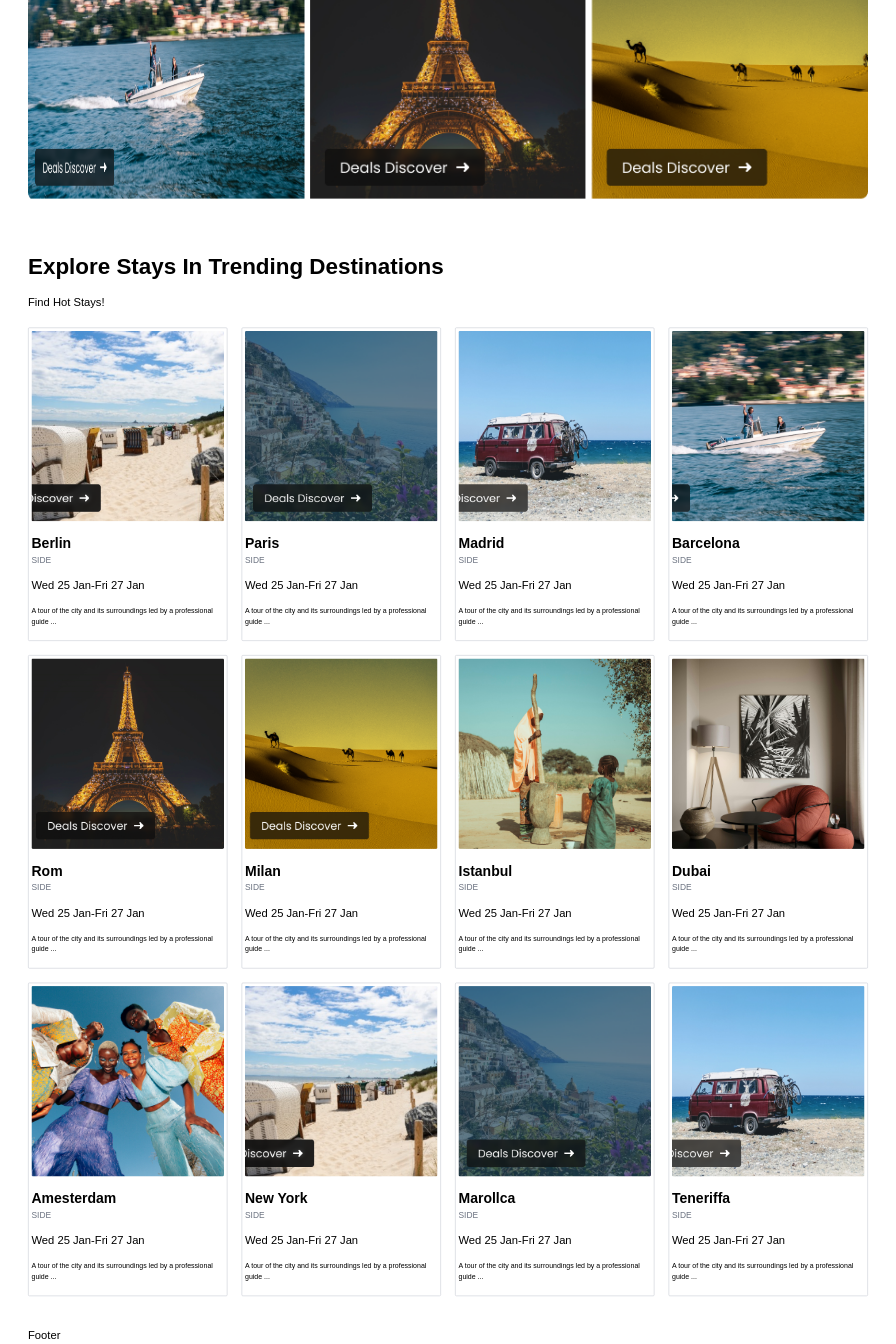
Repository: Quynhhuong150322/DIKO_STUDY_TRAVEL_WEB
Page: /
An editor plug-in stored every save of this project. The page is shown before and after the next save, followed by the edit.
The browser window is 1280 px wide. The pictures show the part of the page from y = 1224 to 3144 px (the page is 3144 px tall before and 3126 px after), at 70% of full size.
The project was rebuilt for these pictures with package versions that can differ from the ones it lists, and the page was loaded fresh each time. Also part of the build but not shown: src/components/Login.js, src/components/Register.js. Imported but missing from the stored project, and not drawn on this page: src/redux/slices/authSlice.

Above is the page before, as saved 2024-02-23 11:40:50.

### src/index.css
@tailwind base;
@tailwind components;
@tailwind utilities;

@import url("https://fonts.googleapis.com/css2?family=Poppins:wght@100;300;400;500;600&display=swap");

@layer base {
  html {
    font-family: "Poppins", sans-serif;
  }
  * {
    margin: 0;
    padding: 0;
    box-sizing: border-box;
    scroll-behavior: smooth;
    /* background-color: #F9F9F9; */
  }
}

@layer components {
  .max-container {
    max-width: 1260px;
    /* min-height: 100vh; */
    margin: 0 auto;
    padding: 0 30px;
    /* display: flex; */
    /* flex-direction: column; */
    justify-content: space-between;
  }
  .button {
    width: 189px;
    height: 40px;
    border-style: solid;
    border-width: 2px;
    border-color: #07689F;
    color: #07689F;
  }
  .tabMenu {
    width: 121px;
    height: 40px;
    color: #D9D9D9;
    border-style: solid;
    border-width: 2px;
    border-color: #D9D9D9;
    color: #D9D9D9;
    border-radius: 9999px;
  }
  .tabSearch {
    /* max-width: 1190px; */
    height: 56px;
    border-style: solid;
    border-width: 1px;
    border-color: #D9D9D9;
    padding: 0 16px;
    font-size: 12px;
  }

}

### src/App.js
import React from "react";
import Navbar from "./components/Navbar";
import Footer from "./components/Footer";
import AppRoutes from "./routes/AppRoutes";
import { BrowserRouter as Router } from "react-router-dom";

const App = () => {
  return (
    <Router>
      <div className="">
        <div className="max-container">
          <Navbar />
        </div>
        <div>
          <AppRoutes />
        </div>
        <div className="max-container">
          <Footer />
        </div>
      </div>
    </Router>
  );
};

export default App;

### src/redux/store.js
import { configureStore } from "@reduxjs/toolkit";
import authReducer from "./slices/authSlice";

export const store = configureStore({
  reducer: {
    users: authReducer,
  },
});

### src/components/Navbar.js
import React from 'react'
import Logo from '../assets/images/Header/Logo.png'
import EL from '../assets/images/Header/England.png'
import { FaRegQuestionCircle } from "react-icons/fa";
import { LuSearch } from "react-icons/lu";

const MenuData = [
    {
        id: 1,
        name: 'Trip',
    },
    {
        id: 2,
        name: '%Deals',
    },
    {
        id: 3,
        name: 'Hotel',
    },
    {
        id: 4,
        name: 'Flight',
    },
    {
        id: 5,
        name: 'Apartment',
    },
    {
        id: 6,
        name: 'Camper',
    },
]

const Navbar = () => {
    return (
        <div className='bg-neutral py-[24px]'>
            <div className="flex flex-col gap-10">
                {/* Header Section  */}
                <div className='flex gap-2 items-center'>
                    <img src={Logo} alt="" />
                    <div className='flex gap-7 items-center'>
                        <div className="flex gap-1 items-center">
                            <FaRegQuestionCircle className='text-primary' />
                            <img src={EL} alt="" className='w-7 h-7' />
                            {/* Search  */}
                            <div className="relative flex items-center">
                                <input
                                    type="text"
                                    placeholder="search"
                                    className="w-[605px] h-[32px] rounded-sm border border-gray-300 px-2 py-1 focus:outline-none focus:border-1 focus:border-primary"
                                />
                                <LuSearch className="text-gray-500 group-hover:text-primary absolute top-1/2 -translate-y-1/2 right-3 cursor-pointer" />
                            </div>
                        </div>
                        <div className='flex gap-2 items-center'>
                            <button className='button border-primary bg-neutral hover:scale-105 py-2 px-4 rounded-sm'>
                                Sing In
                            </button>
                            <button className='button border-primary bg-neutral hover:scale-105 py-2 px-4 rounded-sm'>
                                Register
                            </button>
                        </div>
                    </div>
                    <div>
                    </div>
                </div>
                {/* Upper Nav  */}
                <div className=''>
                    <div className=' '>
                        <ul className='flex justify-center gap-4'>
                            {
                                MenuData.map((data) => (
                                    <button key={data.id} className='text-pri tabMenu focus:bg-primary focus:text-white focus:font-bold focus:border-primary inline-block hover:text-primary' >
                                        {data.name}
                                    </button>
                                ))
                            }
                        </ul>
                    </div>
                </div>
            </div>
        </div>
    )
}

export default Navbar

### src/routes/AppRoutes.js
import React from "react";
import { Switch, Route } from "react-router-dom";
import Login from "../components/Login";
import Register from "../components/Register";
import Langding from "../pages/LangdingPage/Langding";
const AppRoutes = () => {
  return (
    <div>
      <Switch>
        <Route path="/login">
          <Login />
        </Route>
        <Route path="/register">
          <Register />
        </Route>
        <Route path="/" exact>
          <Langding />
        </Route>
        <Route path="*">
          <div className="">404 not Error...</div>
        </Route>
      </Switch>
    </div>
  );
};

export default AppRoutes;

### src/pages/LangdingPage/Langding.js
import React from 'react'
import Picture from '../../assets/images/LangdingPage/Picture.png'
import { LuHotel } from "react-icons/lu";
import { IoCalendarOutline } from "react-icons/io5";
import { SlArrowDown } from "react-icons/sl";
import { FiUserPlus } from "react-icons/fi";
import Img1 from "../../assets/images/LangdingPage/SpecialOffers/Photo 1.png";
import Img2 from "../../assets/images/LangdingPage/SpecialOffers/Photo 2.png"
import Img3 from "../../assets/images/LangdingPage/SpecialOffers/Photo 3.png"
import Img4 from "../../assets/images/LangdingPage/SpecialOffers/Photo 4.png"
import Img5 from "../../assets/images/LangdingPage/SpecialOffers/Photo 5.png"
import Img6 from "../../assets/images/LangdingPage/SpecialOffers/Photo 6.png"
import Img7 from "../../assets/images/LangdingPage/ExploreStays/Image1.jpg"
import Img8 from "../../assets/images/LangdingPage/ExploreStays/Image2.jpg"
import Img9 from "../../assets/images/LangdingPage/ExploreStays/Image3.jpg"
// import Img10 from "../../assets/images/LangdingPage/SpecialOffers/Photo 6.png"
// import Img11 from "../../assets/images/LangdingPage/SpecialOffers/Photo 6.png"



const BannerImg = {
  backgroundImage: `url(${Picture})`,
  backgroundPosition: "center",
  backgroundRepeat: "no-repeat",
  backgroundSize: "cover",
  height: "394px",
  width: "100%",
};
const ListMenu = [
  {
    id: 1,
    name: "All",
  },
  {
    id: 2,
    name: "Hotels",
  },
  {
    id: 3,
    name: "Flights",
  },
  {
    id: 4,
    name: "Multi",
  }
]

const ListImage = [
  {
    id: 1,
    img: Img1,
  },
  {
    id: 2,
    img: Img2,
  },
  {
    id: 3,
    img: Img3,
  },
  {
    id: 4,
    img: Img4,
  },
  {
    id: 5,
    img: Img5,
  },
  {
    id: 6,
    img: Img6,
  },
]
const ListCard = [
  {
    id: 1,
    img: Img1,
    location: "Berlin",
    side: "SIDE",
    time: "Wed 25 Jan-Fri 27 Jan",
    title: "A tour of the city and its surroundings led by a professional guide ..."
  },
  {
    id: 2,
    img: Img2,
    location: "Paris",
    side: "SIDE",
    time: "Wed 25 Jan-Fri 27 Jan",
    title: "A tour of the city and its surroundings led by a professional guide ..."

  },
  {
    id: 3,
    img: Img3,
    location: "Madrid",
    side: "SIDE",
    time: "Wed 25 Jan-Fri 27 Jan",
    title: "A tour of the city and its surroundings led by a professional guide ..."

  },
  {
    id: 4,
    img: Img4,
    location: "Barcelona",
    side: "SIDE",
    time: "Wed 25 Jan-Fri 27 Jan",
    title: "A tour of the city and its surroundings led by a professional guide ..."

  },
  {
    id: 5,
    img: Img5,
    location: "Rom",
    side: "SIDE",
    time: "Wed 25 Jan-Fri 27 Jan",
    title: "A tour of the city and its surroundings led by a professional guide ..."

  },
  {
    id: 6,
    img: Img6,
    location: "Milan",
    side: "SIDE",
    time: "Wed 25 Jan-Fri 27 Jan",
    title: "A tour of the city and its surroundings led by a professional guide ..."

  },
  {
    id: 7,
    img: Img7,
    location: "Istanbul",
    side: "SIDE",
    time: "Wed 25 Jan-Fri 27 Jan",
    title: "A tour of the city and its surroundings led by a professional guide ..."

  },
  {
    id: 8,
    img: Img8,
    location: "Dubai",
    side: "SIDE",
    time: "Wed 25 Jan-Fri 27 Jan",
    title: "A tour of the city and its surroundings led by a professional guide ..."

  },
  {
    id: 9,
    img: Img9,
    location: "Amesterdam",
    side: "SIDE",
    time: "Wed 25 Jan-Fri 27 Jan",
    title: "A tour of the city and its surroundings led by a professional guide ..."

  },
  {
    id: 10,
    img: Img1,
    location: "New York",
    side: "SIDE",
    time: "Wed 25 Jan-Fri 27 Jan",
    title: "A tour of the city and its surroundings led by a professional guide ..."

  },
  {
    id: 11,
    img: Img2,
    location: "Marollca",
    side: "SIDE",
    time: "Wed 25 Jan-Fri 27 Jan",
    title: "A tour of the city and its surroundings led by a professional guide ..."

  },
  {
    id: 12,
    img: Img3,
    location: "Teneriffa",
    side: "SIDE",
    time: "Wed 25 Jan-Fri 27 Jan",
    title: "A tour of the city and its surroundings led by a professional guide ..."

  },
]

const Langding = () => {
  return (
    <div >
      {/* Discover Trip  */}
      <div className=' background ' style={BannerImg}>
        <div className=' '>
          <h1 className='text-3xl w-1/3 font-bold text-white bg-opacity-0'>
            Discover Your Trip Worldwide !
          </h1>
          <div class="flex flex-row  bg-white">
            <div class="basis-1/4 tabSearch flex gap-9 items-center">
              <LuHotel className='text-primary' size={24} />
              <p className=''>
                Where Are you Going to?
              </p>
            </div>
            <div class="basis-1/4 tabSearch flex gap-6 items-center">
              <IoCalendarOutline size={24} className='text-primary' />
              <p className=''>
                Check In Date
              </p>
              <p className=''>
                Check Out Date
              </p>
            </div>
            <div class="basis-1/3 tabSearch flex gap-8 items-center">
              <FiUserPlus size={24} className='text-primary' />
              <p className=''>
                Adults 2
              </p>
              <p className=''>
                Children 3
              </p>
              <p className=''>
                Room
              </p>
              <SlArrowDown size={24} className='text-primary' />
            </div>
            <div class="basis-1/6  tabSearch bg-primary flex justify-center items-center">
              <p className='font-bold text-white'>Search</p>
            </div>
          </div>
        </div>
      </div>
      {/* Special Offers */}
      <div className='max-container py-6'>
        {/* checkbox  */}
        <div className='flex flex-col gap-6 py-6'>
          <h2 className='text-2xl font-bold'>Special Offers</h2>
          <div className='flex '>
            <div className='flex justify-center items-center gap-2'>
              {
                ListMenu.map((data) => (
                  <><input
                    type="checkbox"
                    className="w-[24px] h-[24px] border border-gray-300 px-2 py-1 focus:outline-none focus:border-1 focus:border-primary" />
                    <label for="checkbox" className='text-base'>{data.name}</label>
                  </>
                ))
              }
            </div>
          </div>
        </div>
        {/* image  */}
        <div>
          <div className='grid grid-cols-3 gap-2'>
            {
              ListImage.map((data) => (
                <img src={data.img} alt="" className='w-full h-full' />
              ))
            }
          </div>
        </div>
      </div>

      {/* Explore Stays In Trending Destinations  */}
      <div className='max-container py-6'>
        <div className='flex flex-col gap-4 py-6'>
          <h2 className='text-2xl font-bold'>Explore Stays In Trending Destinations</h2>
          <p>Find Hot Stays!</p>
        </div>
        {/* ImageCard */}
        <div className='grid grid-cols-4 place-items-center gap-5 '>
          {
            ListCard.map((data) => (
              <div className='flex flex-col gap-4 border rounded-sm border-gray-300 p-1'>
                <img src={data.img} alt="" className=' h-[272px] w-full object-cover rounded-sm' />
                <div className='flex flex-col gap-4 pb-4'>
                  <div className=''>
                    <p className='text-xl font-semibold'>{data.location}</p>
                    <p className='text-sm text-gray-500'>{data.side}</p>
                  </div>
                  <p className='text-'>{data.time}</p>
                  <p className='text-l'>{data.title}</p>
                </div>
              </div>
            ))
          }
          <div className=''>
          </div>
        </div>
      </div>
    </div>
  )
}

export default Langding

### tailwind.config.js
/** @type {import('tailwindcss').Config} */
module.exports = {
  content: ["./src/**/*.{js,jsx,ts,tsx}"],
  theme: {
    extend: {
      colors: {
        primary: "#07689F",
        secondary: "#D9D9D9",
        neutral: "#F9F9F9",
        pri: "#A6A6A6",
      },
      fontSize: {
        sm: '12px',
        base: '16px',
        'l': '10px',
        xl: '20px',
        '2xl': '32px',
        '3xl': '40px',
        '4xl': '44px',
        // '5xl': '3.052rem',
      },
    },
  },
  plugins: [],
};

Loaded but not shown: public/index.html (common file); src/index.js (common file); src/reportWebVitals.js (common file); src/components/Footer.js (common file)

After the next save:
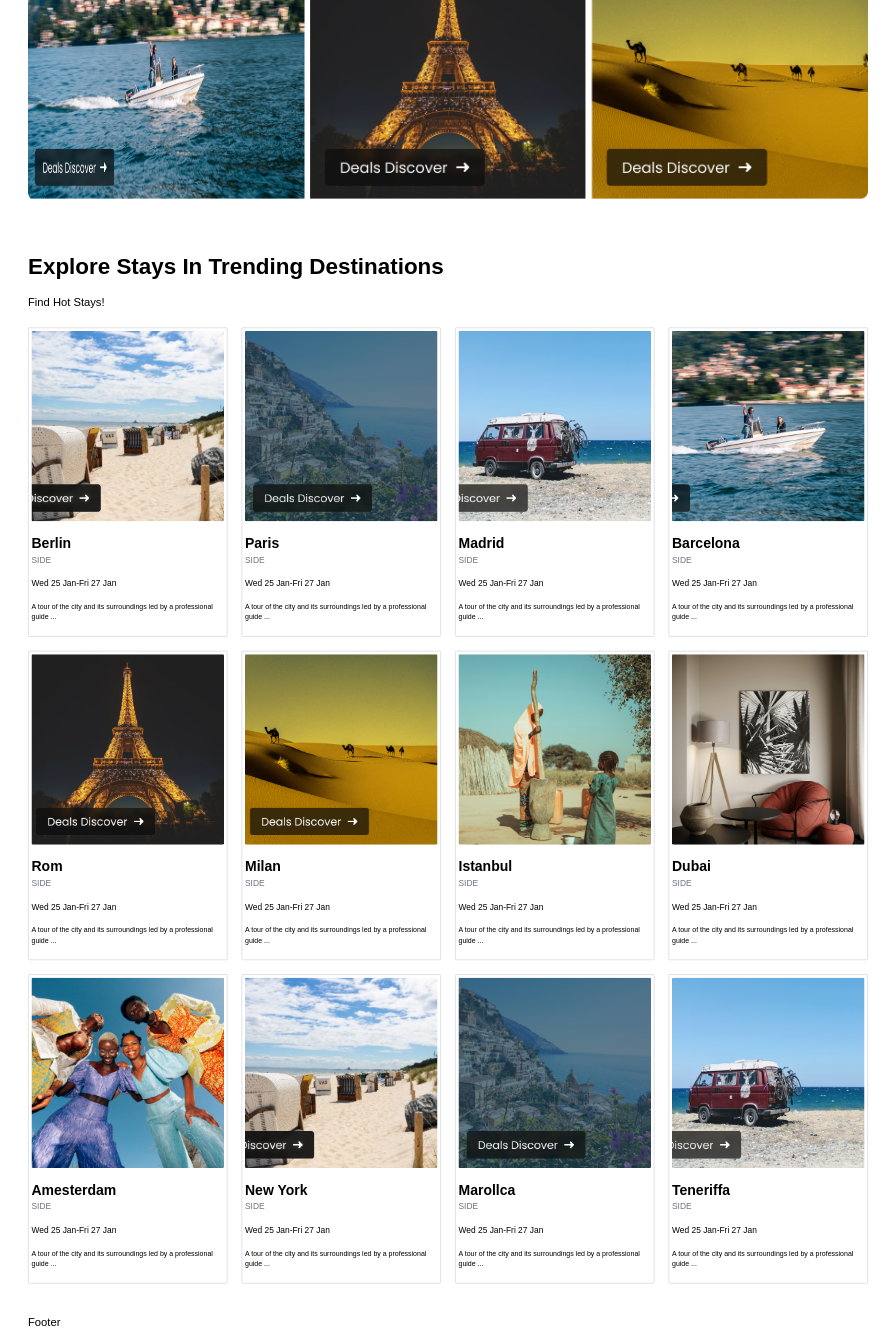
Saved 13 s later.
--- a/src/pages/LangdingPage/Langding.js
+++ b/src/pages/LangdingPage/Langding.js
@@ -273,7 +273,7 @@
                     <p className='text-xl font-semibold'>{data.location}</p>
                     <p className='text-sm text-gray-500'>{data.side}</p>
                   </div>
-                  <p className='text-'>{data.time}</p>
+                  <p className='text-sm'>{data.time}</p>
                   <p className='text-l'>{data.title}</p>
                 </div>
               </div>

After the save that followed:
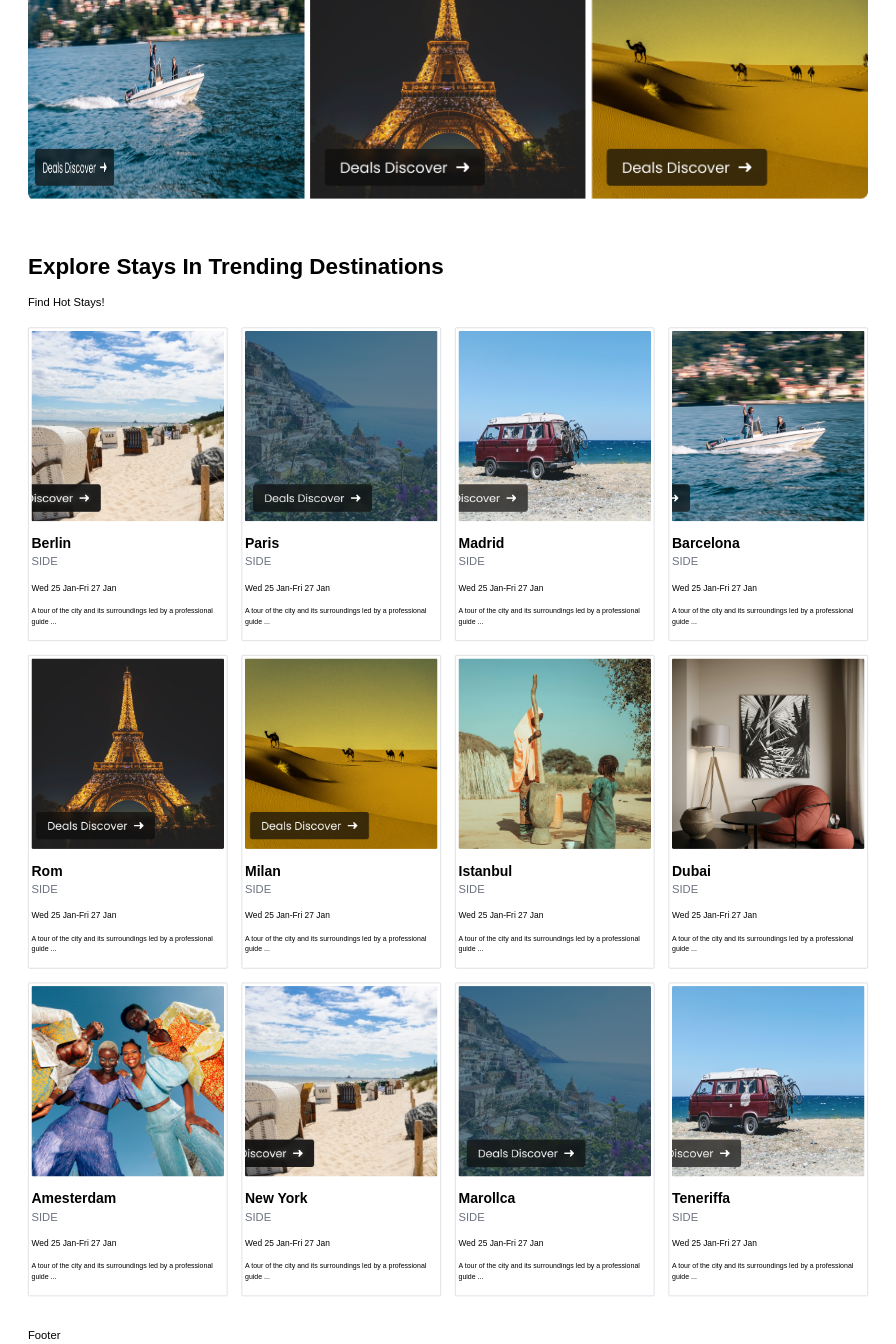
Saved 15 s later.
--- a/src/pages/LangdingPage/Langding.js
+++ b/src/pages/LangdingPage/Langding.js
@@ -271,7 +271,7 @@
                 <div className='flex flex-col gap-4 pb-4'>
                   <div className=''>
                     <p className='text-xl font-semibold'>{data.location}</p>
-                    <p className='text-sm text-gray-500'>{data.side}</p>
+                    <p className='text-base text-gray-500'>{data.side}</p>
                   </div>
                   <p className='text-sm'>{data.time}</p>
                   <p className='text-l'>{data.title}</p>
